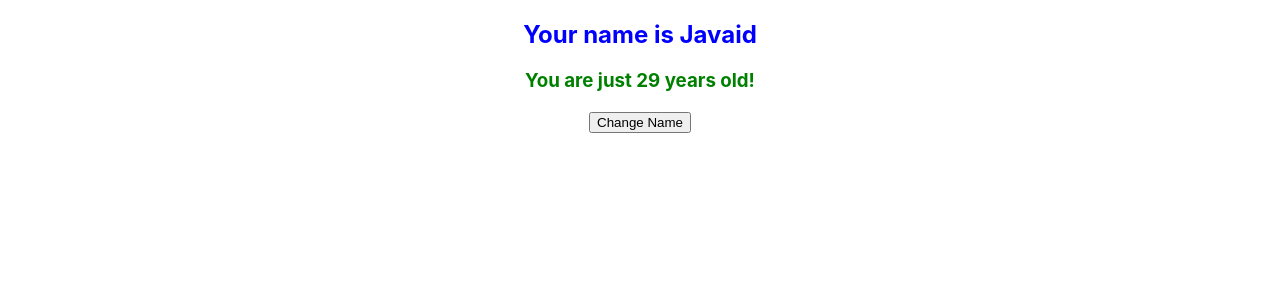
Repository: JavaidAhmadKhan/robo-friends-2.0
Page: /
An editor plug-in stored every save of this project. The page is shown before and after a run of saves, followed by the edit.
The browser window is 1280 px wide. The pictures show the whole page.
The project was rebuilt for these pictures with package versions that can differ from the ones it lists, and the page was loaded fresh each time.

Above is the page before, as saved 2022-04-19 22:47:17.

After the next 3 saves:
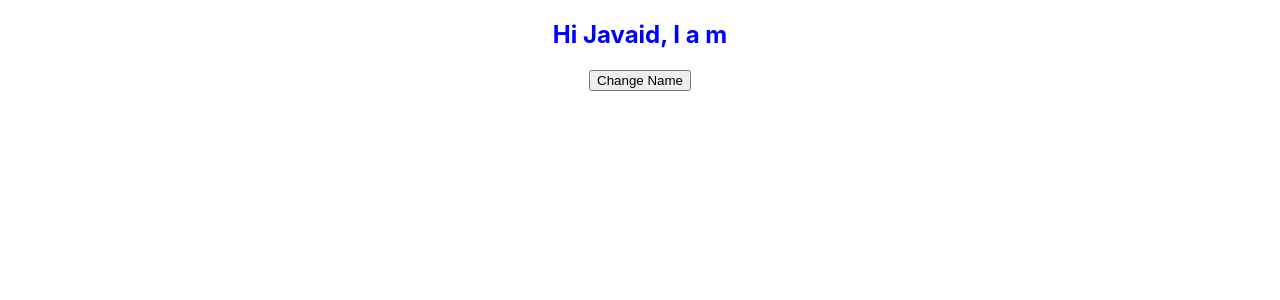
The 3 saves are shown as one change because they came seconds apart.
The last was saved 26 min 0 s later.
--- a/src/App.js
+++ b/src/App.js
@@ -7,15 +7,16 @@ class App extends Component {
 
     this.state = {
       name: "Javaid",
-      age: 29,
+      profession: "Software Engineer",
     };
   }
 
   render() {
     return (
       <div className="App">
-        <h2>Your name is {this.state.name}</h2>
-        <h3>You are just {this.state.age} years old! </h3>
+        <h2>
+          Hi {this.state.name}, I a m {this.setState.profession}
+        </h2>
         <button onClick={() => this.setState({ name: "Khan" })}>
           Change Name
         </button>
